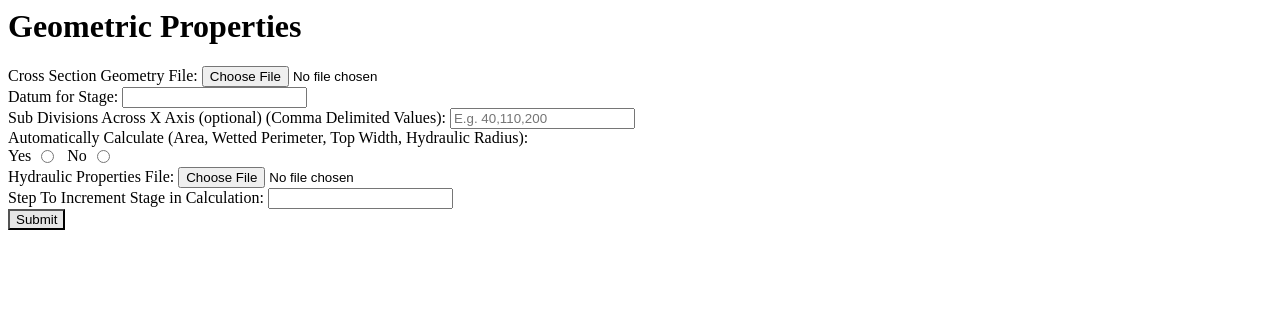
Repository: shape87/FloodAnalysis
Page: FloodAnalysis27/Web/templates/geometry.html
These files come from the project's save history. The page is drawn as it stood at one moment and after the next save; the edit follows.
The browser window is 1280 px wide. The pictures show the whole page.

Above is the page before, as saved 2017-01-24 19:05:58.

### FloodAnalysis27/Web/templates/geometry.html
<div style="float: right; padding-top: 20px">
	<div id="picture">

	</div>
	<div style="margin-top: 20px" class="form-group">
			<a style="display:none" id="table_download" href="/download_table"><button id="download_table" style="background-color: #e6e6e6"
			class="btn btn-default" >Download Table</button></a>
	</div>
</div>

<h1>Geometric Properties</h1>
<form id="geometry_input_form" enctype="multipart/form-data">
	 <div class="form-group">
		  <label for="coord_file">Cross Section Geometry File:</label>
		  <input id="coord_file" type="file" name="coord_file" />
	 </div>

	 <div class="form-group">
		  <label for="datum">Datum for Stage:</label>
		  <input type="text" class="form-control width100"
		  id="datum" name="datum" />
	 </div>

	 <div class="form-group">
		  <label for="sub_divisions">Sub Divisions Across X Axis (optional)</label>
		  <label for="sub_divisions">(Comma Delimited Values):</label>
		  <input type="text" class="form-control width150"
		  id="sub_divisions" name="sub_divisions" placeholder="E.g. 40,110,200"/>
	 </div>

	<div class="form-group">
		  <label>Automatically Calculate (Area, Wetted Perimeter, Top Width, Hydraulic Radius):</label><br />
		  <div style="height: 20px">
		  <label style="float:left; margin-right: 5px">Yes</label>
		  <input style="float:left" type="radio" name="auto_calc" class="properties_radio" id="auto" />

		  <label style="float:left; margin-left: 10px; margin-right: 5px">No</label>
		  <input style="float:left" type="radio" name="auto_calc" class="properties_radio" id="manual" />
		  </div>
	 </div>

	 <div id="manual_calc">
	 	<div class="form-group">
		  <label for="properties_file">Hydraulic Properties File:</label>
		  <input id="properties_file" type="file" name="properties_file" />
	 	</div>
	 </div>
	 <div id="auto_calc">
	 	<div class="form-group">
		  <label for="z_step">Step To Increment Stage in Calculation:</label>
		  <input class="width100 block" id="z_step" type="text" name="z_step" />
	 	</div>
	 </div>

	 <div class="form-group" style="margin-bottom: 50px;">
		<input style="background-color: #e6e6e6" type="submit"
		class="btn btn-default" value="Submit" />
	</div>
</form>

After the next save:
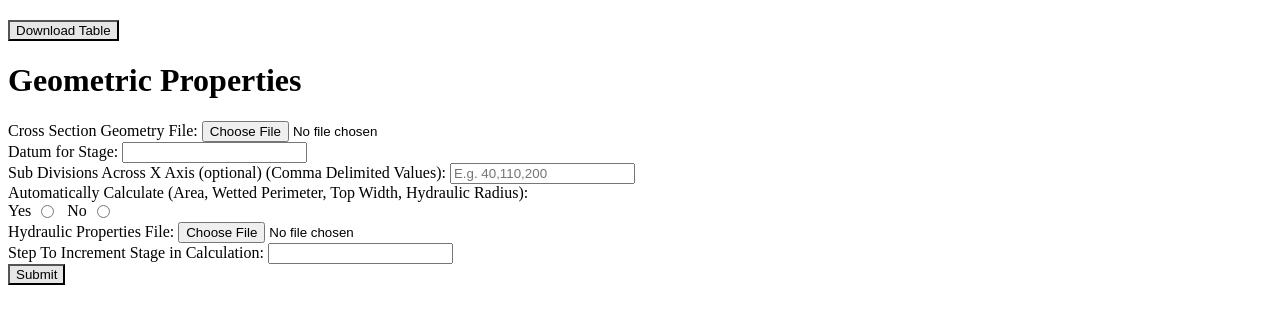
Saved 30 s later.
--- a/FloodAnalysis27/Web/templates/geometry.html
+++ b/FloodAnalysis27/Web/templates/geometry.html
@@ -1,9 +1,9 @@
-<div style="float: right; padding-top: 20px">
+<div id="right_geometry_pane">
 	<div id="picture">
 
 	</div>
 	<div style="margin-top: 20px" class="form-group">
-			<a style="display:none" id="table_download" href="/download_table"><button id="download_table" style="background-color: #e6e6e6"
+			<a id="table_download" href="/download_table"><button id="download_table" style="background-color: #e6e6e6"
 			class="btn btn-default" >Download Table</button></a>
 	</div>
 </div>
